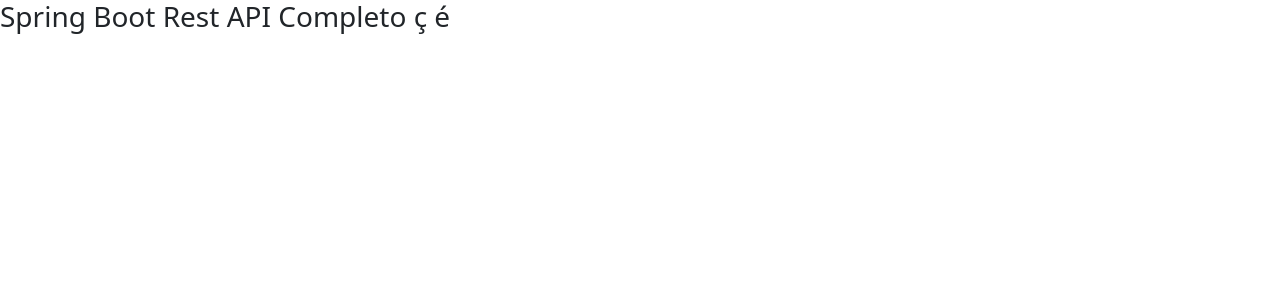
Repository: aldo-pereira22/projeto-srping-boot-1
Page: back-end/springboot-rest-api-sample/src/main/resources/static/index.html
These files come from the project's save history. The page is drawn as it stood at one moment and after the next save; the edit follows.
The browser window is 1280 px wide. The pictures show the whole page.

Above is the page before, as saved 2021-06-08 19:45:37.

### back-end/springboot-rest-api-sample/src/main/resources/static/index.html
 <html>
 <head>

 	<meta charset="utf-8" >
 	<title> Srping Boot com </title>
 	<!-- Bootstrap CSS -->
    <link href="https://cdn.jsdelivr.net/npm/bootstrap@5.0.1/dist/css/bootstrap.min.css" rel="stylesheet"
    integrity="sha384-+0n0xVW2eSR5OomGNYDnhzAbDsOXxcvSN1TPprVMTNDbiYZCxYbOOl7+AMvyTG2x"crossorigin="anonymous">

 </head>

 <body>
 	<h3> Spring Boot Rest API Completo ç é </h3>

 	<!-- Option 1: Bootstrap Bundle with Popper -->
    <script src="https://cdn.jsdelivr.net/npm/bootstrap@5.0.1/dist/js/bootstrap.bundle.min.js"
    integrity="sha384-gtEjrD/SeCtmISkJkNUaaKMoLD0//ElJ19smozuHV6z3Iehds+3Ulb9Bn9Plx0x4" crossorigin="anonymous"></script>

 </body>

 </html>

After the next save:
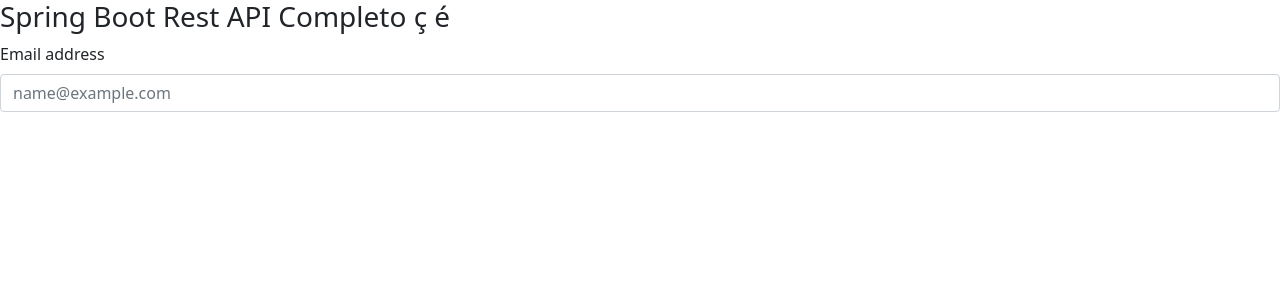
Saved 2 min 40 s later.
--- a/back-end/springboot-rest-api-sample/src/main/resources/static/index.html
+++ b/back-end/springboot-rest-api-sample/src/main/resources/static/index.html
@@ -1,21 +1,30 @@
- <html>
- <head>
+<html>
 
- 	<meta charset="utf-8" >
- 	<title> Srping Boot com </title>
- 	<!-- Bootstrap CSS -->
-    <link href="https://cdn.jsdelivr.net/npm/bootstrap@5.0.1/dist/css/bootstrap.min.css" rel="stylesheet"
-    integrity="sha384-+0n0xVW2eSR5OomGNYDnhzAbDsOXxcvSN1TPprVMTNDbiYZCxYbOOl7+AMvyTG2x"crossorigin="anonymous">
+<head>
 
- </head>
+	<meta charset="utf-8">
+	<title> Srping Boot com </title>
+	<!-- Bootstrap CSS -->
+	<link href="https://cdn.jsdelivr.net/npm/bootstrap@5.0.1/dist/css/bootstrap.min.css" rel="stylesheet"
+		integrity="sha384-+0n0xVW2eSR5OomGNYDnhzAbDsOXxcvSN1TPprVMTNDbiYZCxYbOOl7+AMvyTG2x" crossorigin="anonymous">
 
- <body>
- 	<h3> Spring Boot Rest API Completo ç é </h3>
+</head>
 
- 	<!-- Option 1: Bootstrap Bundle with Popper -->
-    <script src="https://cdn.jsdelivr.net/npm/bootstrap@5.0.1/dist/js/bootstrap.bundle.min.js"
-    integrity="sha384-gtEjrD/SeCtmISkJkNUaaKMoLD0//ElJ19smozuHV6z3Iehds+3Ulb9Bn9Plx0x4" crossorigin="anonymous"></script>
+<body>
+	<h3> Spring Boot Rest API Completo ç é </h3>
 
- </body>
 
- </html>
+	<form action="" id="formCadastroUser">
+		<div class="mb-3">
+			<label for="exampleFormControlInput1" class="form-label">Email address</label>
+			<input type="email" class="form-control" id="exampleFormControlInput1" placeholder="name@example.com">
+		</div>
+
+	</form>
+	<!-- Option 1: Bootstrap Bundle with Popper -->
+	<script src="https://cdn.jsdelivr.net/npm/bootstrap@5.0.1/dist/js/bootstrap.bundle.min.js"
+		integrity="sha384-gtEjrD/SeCtmISkJkNUaaKMoLD0//ElJ19smozuHV6z3Iehds+3Ulb9Bn9Plx0x4"
+		crossorigin="anonymous"></script>
+</body>
+
+</html>
